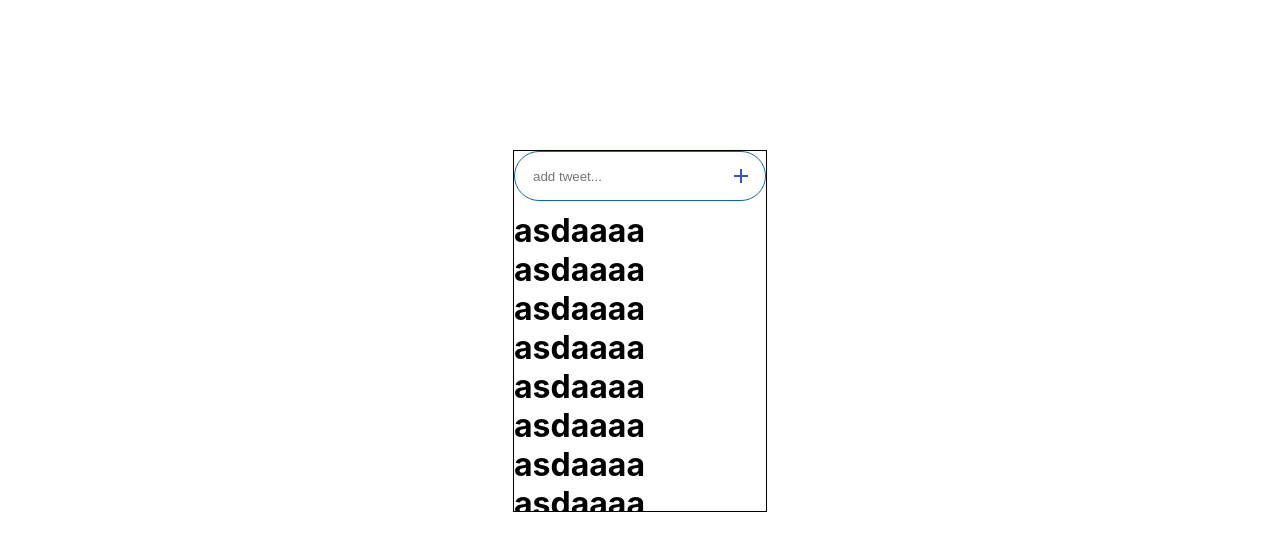
Repository: ehabmelhem/FullStack_Tweetapp
Page: /tweet (app in tweet-app-demo/)
These files come from the project's save history. The page is drawn as it stood at one moment and after a run of saves; the edit follows.
The browser window is 1280 px wide. The pictures show the whole page.
The project was rebuilt for these pictures with package versions that can differ from the ones it lists, and the page was loaded fresh each time. A package was used in the major version that the imports need, not the one package.json lists. Also part of the build but not shown: tweet-app-demo/src/Componets/Gotweet.js, tweet-app-demo/src/Componets/Login.css, tweet-app-demo/src/Componets/Login.js, tweet-app-demo/src/Componets/SignUp.css, tweet-app-demo/src/Componets/SignUp.js.

Above is the page before, as saved 2021-01-28 19:53:50.

After the next 2 saves:
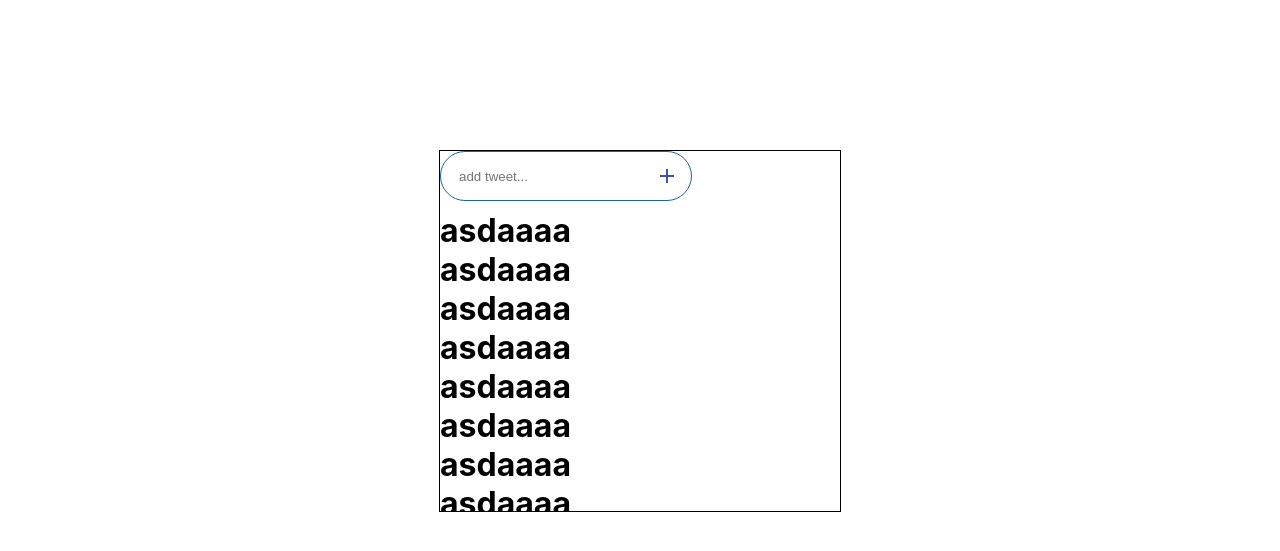
The 2 saves are shown as one change because they came seconds apart.
The last was saved 25 s later.
--- a/tweet-app-demo/src/Componets/Tweet.css
+++ b/tweet-app-demo/src/Componets/Tweet.css
@@ -12,7 +12,7 @@
   border: none;
 }
 .tweet {
-  width: fit-content;
+  width: 400px;
   border: 1px solid black;
 }
 /* Hide scrollbar for Chrome, Safari and Opera */
